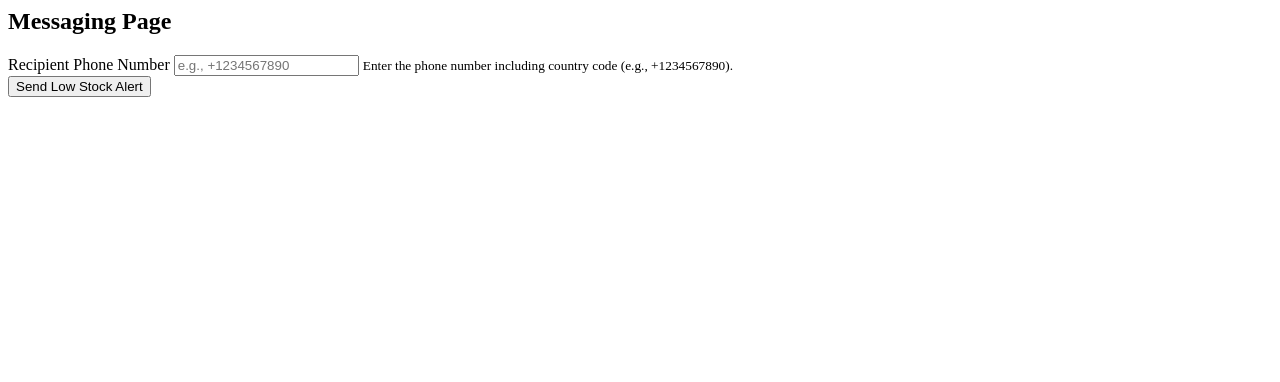
Repository: AdrianLeAsian/InventorySystem
Page: http://localhost/pages/messaging.php
The author's editor kept a copy of each file at every save. The page is drawn from the files as they stood at one save, then again after the next save.
The browser window is 1280 px wide. The pictures show the whole page.
The page is run by PHP 8.4 with error messages shown; the project is at /var/www/html/.

Above is the page before, as saved 2025-07-16 11:43:56.

### pages/messaging.php
<div class="page">
    <div class="card">
        <div class="card__header">
            <h2 class="card__title">Messaging Page</h2>
        </div>
        <div class="card__body">
            <div class="form__group">
                <label class="form__label" for="recipientPhoneNumber">Recipient Phone Number</label>
                <input type="tel" id="recipientPhoneNumber" class="form__input" placeholder="e.g., +1234567890" pattern="^\+?[0-9]{10,15}$" required>
                <small class="form__text-muted">Enter the phone number including country code (e.g., +1234567890).</small>
            </div>
            <div class="d-flex justify-content-end mt-4">
                <button type="button" id="sendLowStockSmsBtn" class="btn btn--primary">Send Low Stock Alert</button>
            </div>
            <div id="smsStatusMessage" class="mt-3" style="display: none;"></div>
        </div>
    </div>
</div>
<script src="js/messaging.js"></script>

### js/messaging.js
document.addEventListener('DOMContentLoaded', function() {
    const sendLowStockSmsBtn = document.getElementById('sendLowStockSmsBtn');
    const recipientPhoneNumberInput = document.getElementById('recipientPhoneNumber');
    const smsStatusMessageDiv = document.getElementById('smsStatusMessage');

    if (sendLowStockSmsBtn) {
        sendLowStockSmsBtn.addEventListener('click', function() {
            const recipientPhoneNumber = recipientPhoneNumberInput.value.trim();

            // Basic client-side validation
            if (!recipientPhoneNumber) {
                displayStatusMessage('Please enter a recipient phone number.', 'error');
                return;
            }
            if (!/^\+?[0-9]{10,15}$/.test(recipientPhoneNumber)) {
                displayStatusMessage('Invalid phone number format. Please include country code (e.g., +1234567890).', 'error');
                return;
            }

            displayStatusMessage('Sending SMS...', 'info');
            sendLowStockSmsBtn.disabled = true; // Disable button to prevent multiple clicks

            fetch('ajax/send_low_stock_sms.php', {
                method: 'POST',
                headers: {
                    'Content-Type': 'application/x-www-form-urlencoded',
                },
                body: 'recipient_phone_number=' + encodeURIComponent(recipientPhoneNumber)
            })
            .then(response => response.json())
            .then(data => {
                if (data.success) {
                    displayStatusMessage(data.message, 'success');
                } else {
                    displayStatusMessage(data.message, 'error');
                }
            })
            .catch(error => {
                console.error('Error:', error);
                displayStatusMessage('An error occurred while sending the SMS.', 'error');
            })
            .finally(() => {
                sendLowStockSmsBtn.disabled = false; // Re-enable button
            });
        });
    }

    function displayStatusMessage(message, type) {
        smsStatusMessageDiv.textContent = message;
        smsStatusMessageDiv.style.display = 'block';
        smsStatusMessageDiv.style.color = ''; // Reset color
        smsStatusMessageDiv.style.backgroundColor = ''; // Reset background

        if (type === 'success') {
            smsStatusMessageDiv.style.color = 'green';
            smsStatusMessageDiv.style.backgroundColor = '#e6ffe6';
            smsStatusMessageDiv.style.padding = '10px';
            smsStatusMessageDiv.style.border = '1px solid green';
            smsStatusMessageDiv.style.borderRadius = '5px';
        } else if (type === 'error') {
            smsStatusMessageDiv.style.color = 'red';
            smsStatusMessageDiv.style.backgroundColor = '#ffe6e6';
            smsStatusMessageDiv.style.padding = '10px';
            smsStatusMessageDiv.style.border = '1px solid red';
            smsStatusMessageDiv.style.borderRadius = '5px';
        } else if (type === 'info') {
            smsStatusMessageDiv.style.color = 'blue';
            smsStatusMessageDiv.style.backgroundColor = '#e6f2ff';
            smsStatusMessageDiv.style.padding = '10px';
            smsStatusMessageDiv.style.border = '1px solid blue';
            smsStatusMessageDiv.style.borderRadius = '5px';
        }
    }
});

After the next save:
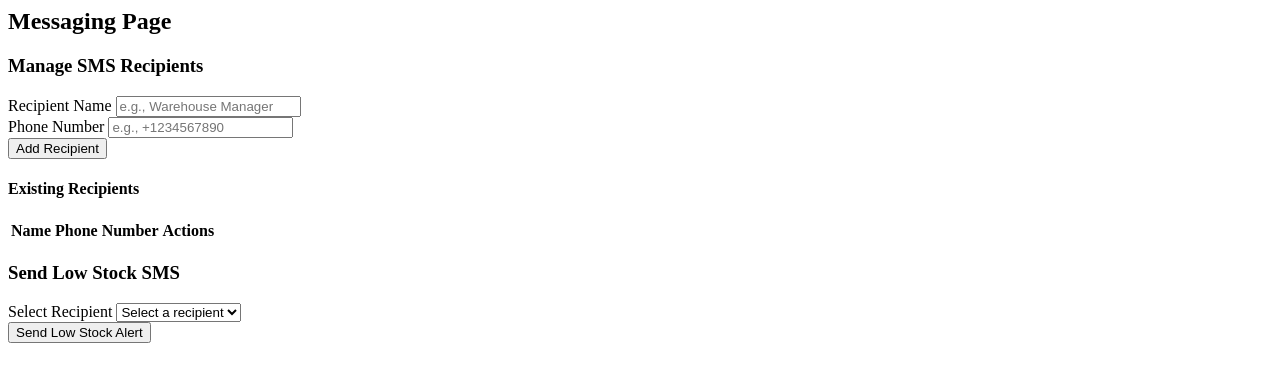
Saved 22 s later.
--- a/pages/messaging.php
+++ b/pages/messaging.php
@@ -4,15 +4,64 @@
             <h2 class="card__title">Messaging Page</h2>
         </div>
         <div class="card__body">
-            <div class="form__group">
-                <label class="form__label" for="recipientPhoneNumber">Recipient Phone Number</label>
-                <input type="tel" id="recipientPhoneNumber" class="form__input" placeholder="e.g., +1234567890" pattern="^\+?[0-9]{10,15}$" required>
-                <small class="form__text-muted">Enter the phone number including country code (e.g., +1234567890).</small>
+            <div class="card mb-4">
+                <div class="card__header">
+                    <h3 class="card__title">Manage SMS Recipients</h3>
+                </div>
+                <div class="card__body">
+                    <form class="form" id="addRecipientForm">
+                        <div class="form__row">
+                            <div class="form__group col-6">
+                                <label class="form__label" for="newRecipientName">Recipient Name</label>
+                                <input type="text" id="newRecipientName" class="form__input" placeholder="e.g., Warehouse Manager" required>
+                            </div>
+                            <div class="form__group col-6">
+                                <label class="form__label" for="newRecipientPhoneNumber">Phone Number</label>
+                                <input type="tel" id="newRecipientPhoneNumber" class="form__input" placeholder="e.g., +1234567890" pattern="^\+?[0-9]{10,15}$" required>
+                            </div>
+                        </div>
+                        <div class="d-flex justify-content-end mt-3">
+                            <button type="submit" class="btn btn--primary">Add Recipient</button>
+                        </div>
+                    </form>
+                    <div id="addRecipientStatusMessage" class="mt-3" style="display: none;"></div>
+
+                    <h4 class="mt-4">Existing Recipients</h4>
+                    <div class="table-responsive">
+                        <table class="table table--striped">
+                            <thead>
+                                <tr>
+                                    <th>Name</th>
+                                    <th>Phone Number</th>
+                                    <th>Actions</th>
+                                </tr>
+                            </thead>
+                            <tbody id="recipientsTableBody">
+                                <!-- Recipients will be loaded here by JavaScript -->
+                            </tbody>
+                        </table>
+                    </div>
+                </div>
             </div>
-            <div class="d-flex justify-content-end mt-4">
-                <button type="button" id="sendLowStockSmsBtn" class="btn btn--primary">Send Low Stock Alert</button>
+
+            <div class="card">
+                <div class="card__header">
+                    <h3 class="card__title">Send Low Stock SMS</h3>
+                </div>
+                <div class="card__body">
+                    <div class="form__group">
+                        <label class="form__label" for="smsRecipientSelect">Select Recipient</label>
+                        <select id="smsRecipientSelect" class="form__input" required>
+                            <option value="">Select a recipient</option>
+                            <!-- Options will be loaded here by JavaScript -->
+                        </select>
+                    </div>
+                    <div class="d-flex justify-content-end mt-4">
+                        <button type="button" id="sendLowStockSmsBtn" class="btn btn--primary">Send Low Stock Alert</button>
+                    </div>
+                    <div id="smsStatusMessage" class="mt-3" style="display: none;"></div>
+                </div>
             </div>
-            <div id="smsStatusMessage" class="mt-3" style="display: none;"></div>
         </div>
     </div>
 </div>
